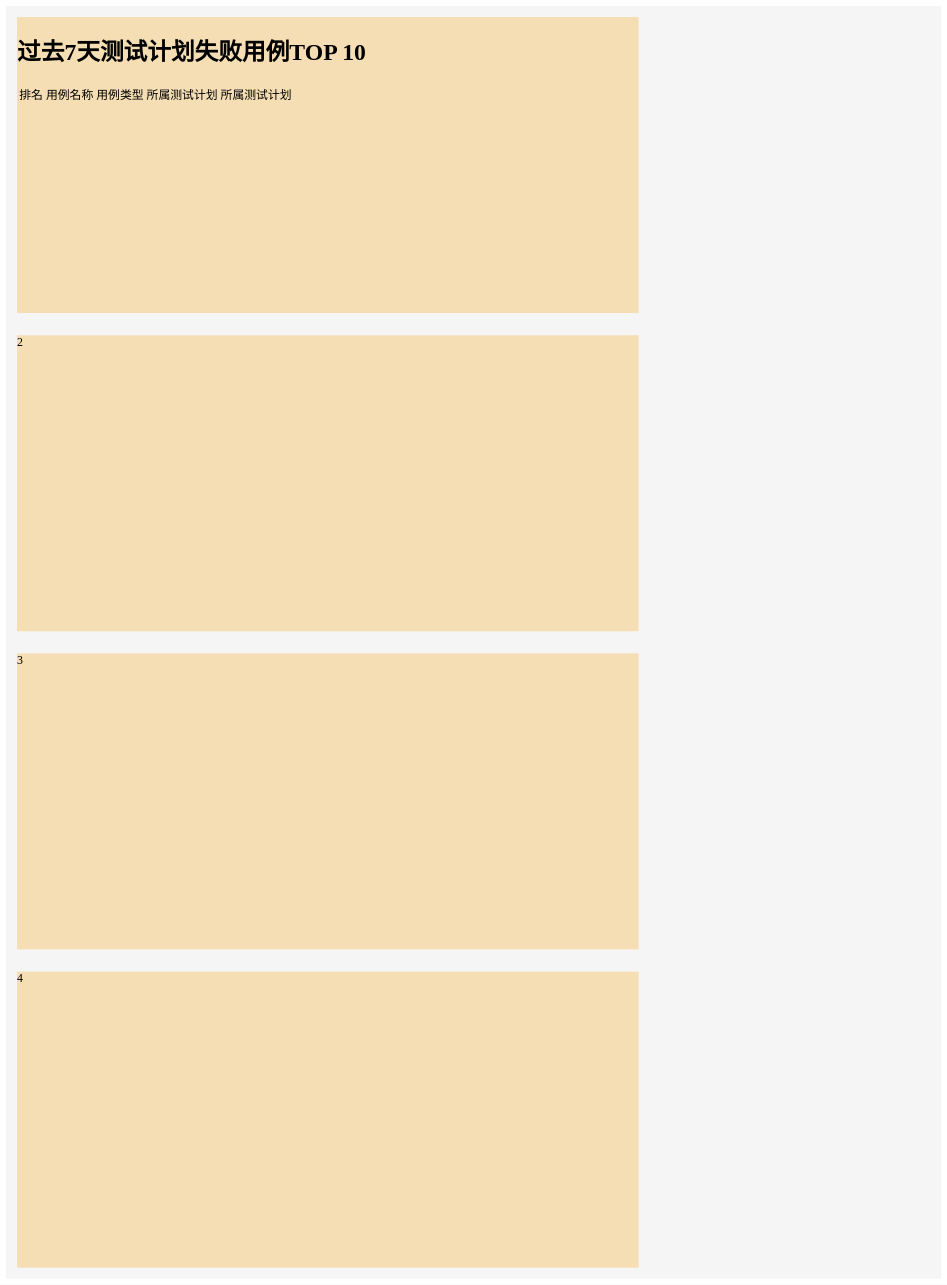
Repository: yuquan1006/-
Page: 02_css/test2.html
The author's editor kept a copy of each file at every save. The page is drawn from the files as they stood at one save, then again after the next save.
The browser window is 1280 px wide. The pictures show the whole page, at 74% of full size.

Above is the page before, as saved 2023-07-04 15:36:55.

After the next save:
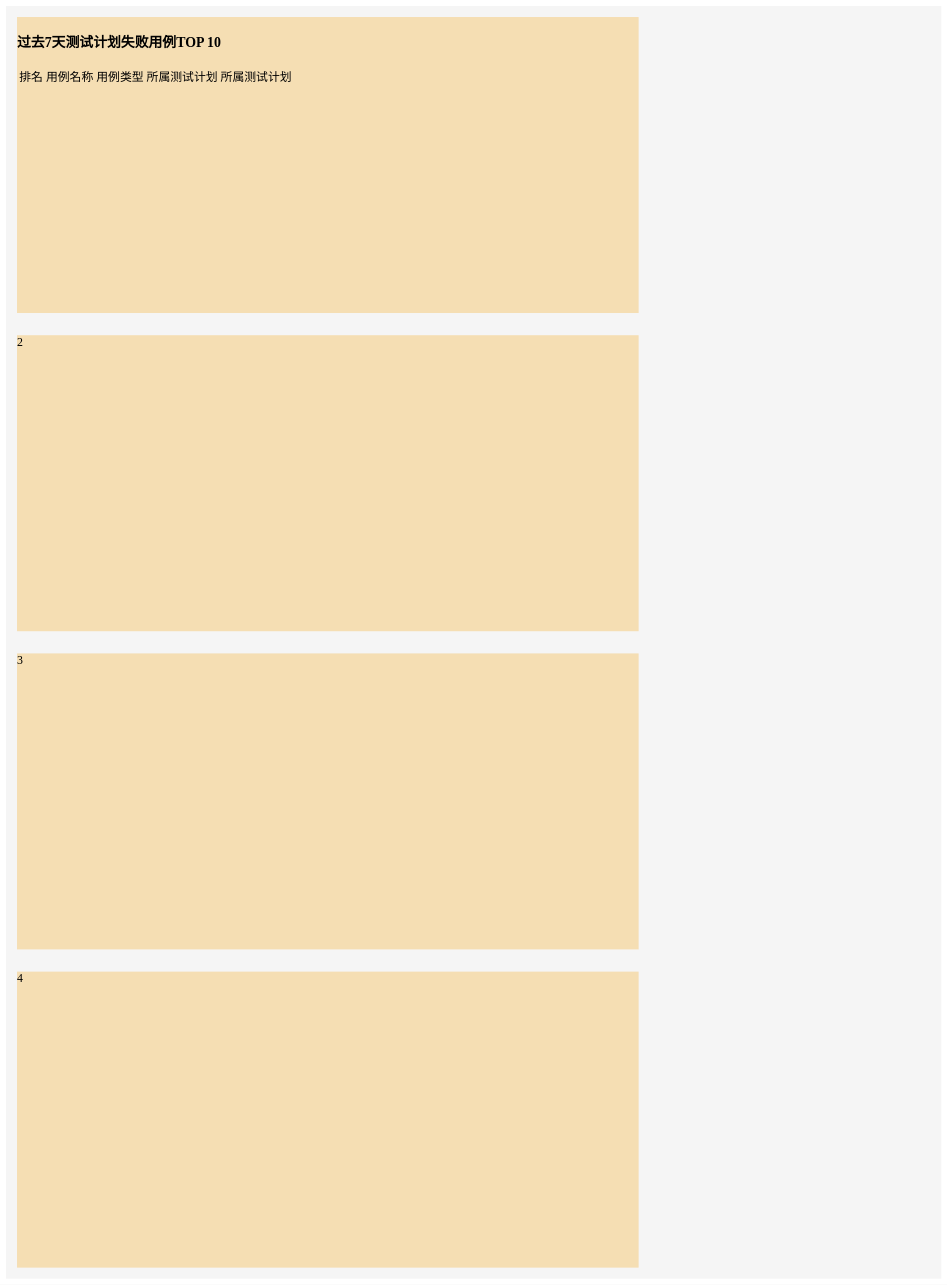
Saved 26 s later.
--- a/02_css/test2.html
+++ b/02_css/test2.html
@@ -27,7 +27,7 @@
 <body>
     <div class="parent">
         <div class="child">
-            <h1>过去7天测试计划失败用例TOP 10</h1>
+            <h3>过去7天测试计划失败用例TOP 10</h1>
             <table>
                 <thead>
                     <tr>
